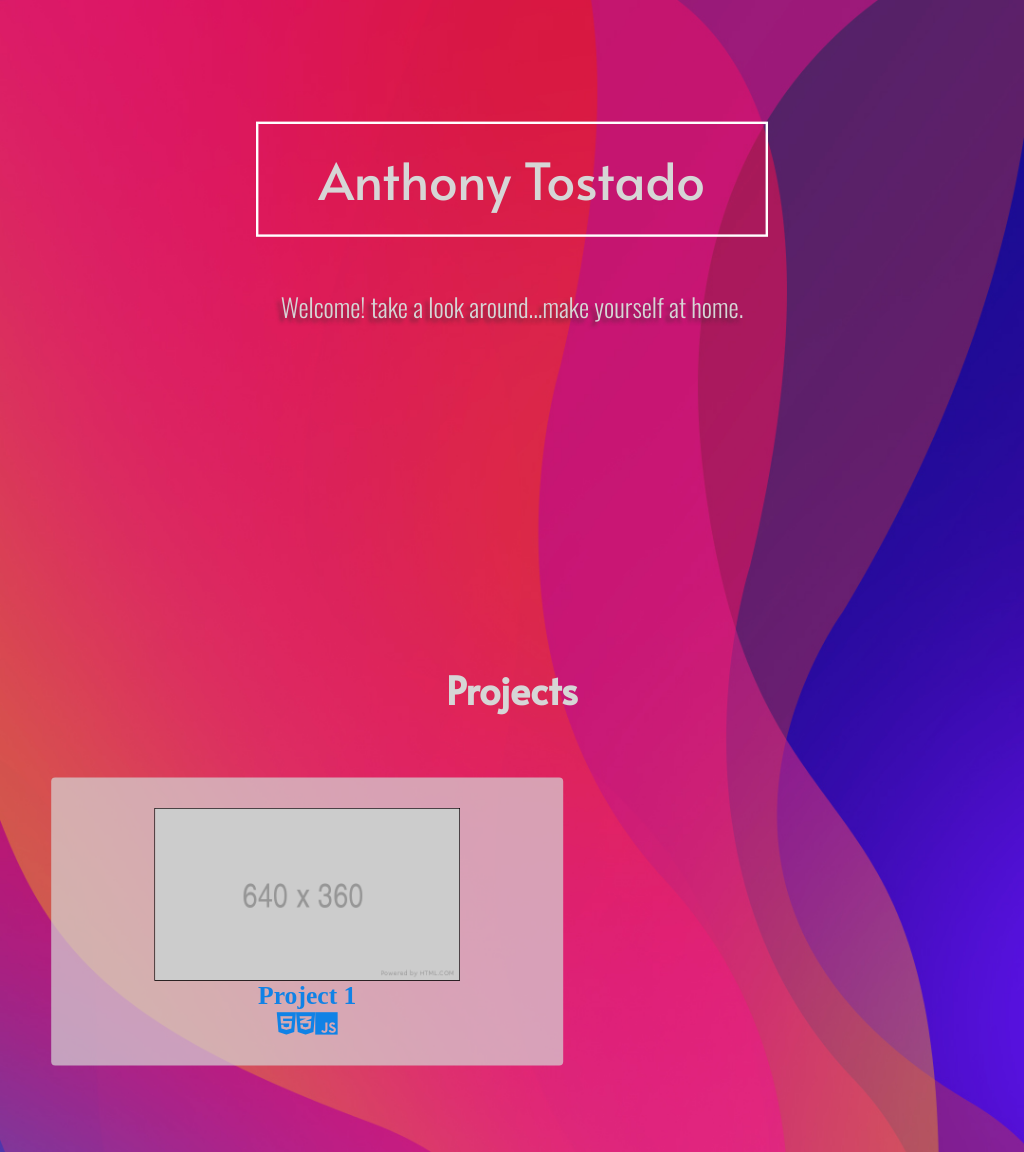
Repository: sloppytony/newport
Page: / (app in portfolio/)
An editor plug-in stored every save of this project. The page is shown before and after the next save, followed by the edit.
The browser window is 1280 px wide. The pictures show the whole page, at 80% of full size.
Backgrounds fixed to the window are drawn as part of the page. Some web libraries are served in a nearby version. The project was rebuilt for these pictures with package versions that can differ from the ones it lists, and the page was loaded fresh each time.

Above is the page before, as saved 2020-08-23 13:59:04.

### portfolio/public/index.html
<!DOCTYPE html>
<html lang="en">
  <head>
    <meta charset="utf-8" />
    <link rel="icon" href="%PUBLIC_URL%/favicon.ico" />
    <meta name="viewport" content="width=device-width, initial-scale=1" />
    <meta name="theme-color" content="#000000" />
    <meta
      name="description"
      content="Web site created using create-react-app"
    />
    <link rel="apple-touch-icon" href="%PUBLIC_URL%/logo192.png" />
    <!--
      manifest.json provides metadata used when your web app is installed on a
      user's mobile device or desktop. See https://developers.google.com/web/fundamentals/web-app-manifest/
    -->
    <link rel="manifest" href="%PUBLIC_URL%/manifest.json" />
    <!--
      Notice the use of %PUBLIC_URL% in the tags above.
      It will be replaced with the URL of the `public` folder during the build.
      Only files inside the `public` folder can be referenced from the HTML.

      Unlike "/favicon.ico" or "favicon.ico", "%PUBLIC_URL%/favicon.ico" will
      work correctly both with client-side routing and a non-root public URL.
      Learn how to configure a non-root public URL by running `npm run build`.
    -->
    <link
      href="https://fonts.googleapis.com/css2?family=Alata&family=Oswald:wght@300&display=swap"
      rel="stylesheet"
    />
    <script
      src="https://kit.fontawesome.com/9a01f23326.js"
      crossorigin="anonymous"
    ></script>
    <title>React App</title>
  </head>
  <body>
    <noscript>You need to enable JavaScript to run this app.</noscript>
    <div id="root"></div>
    <!--
      This HTML file is a template.
      If you open it directly in the browser, you will see an empty page.

      You can add webfonts, meta tags, or analytics to this file.
      The build step will place the bundled scripts into the <body> tag.

      To begin the development, run `npm start` or `yarn start`.
      To create a production bundle, use `npm run build` or `yarn build`.
    -->
  </body>
</html>

### portfolio/src/index.css
* {
  margin: 0;
  padding: 0;
  box-sizing: border-box;
}

body {
  background-image: url("./img/8_28_orig.png");
  background-size: cover;
  background-attachment: fixed;
}

### portfolio/src/App.js
import React from "react";

import "./App.css";

function App() {
  return (
    <body>
      <div className="everything">
        <div className="section1">
          <h1 className="mainTitle">Anthony Tostado</h1>
          <p className="mainPara">
            Welcome! take a look around...make yourself at home.
          </p>
          <h2 className="scroll">Scroll</h2>
        </div>
        <div className="section2">
          <h1 className="projectTitle">Projects</h1>
          <div className="projectContent">
            <div className="card1">
              <img
                className="cardImage"
                src={require("../src/img/640x360.png")}
              ></img>
              <h1 className="cardTitle">Project 1</h1>
              <section className="icons">
                <i class="fab fa-html5 fa-2x"></i>
                <i class="fab fa-css3-alt fa-2x"></i>
                <i class="fab fa-js fa-2x"></i>
              </section>
            </div>
          </div>
        </div>
      </div>
    </body>
  );
}

export default App;

### portfolio/src/App.css
.image {
  width: 100%;
  height: 100%;
}

/*opening page*/
.section1 {
  height: 100vh;
  width: 100%;

  color: rgb(16, 130, 230);
  display: flex;
  justify-content: center;
  align-items: center;
  flex-direction: column;
}

.mainTitle {
  font-family: "Alata", sans-serif;
  font-weight: 100;
  font-size: 400%;
  display: flex;
  justify-content: center;
  align-items: center;
  text-align: center;
  color: rgb(214, 214, 214);

  animation: fadeIn 1.5s;
  border: 3px solid white;
  width: 50%;
  height: 20%;
}

.mainPara {
  font-family: "Oswald", sans-serif;
  font-size: 200%;
  display: flex;
  align-items: center;
  text-align: center;
  color: rgb(214, 214, 214);
  padding: 5%;
  text-shadow: -5px 5px 5px rgba(44, 44, 44, 0.5);
  animation: fadeIn 1.5s;
}

.scroll {
  font-family: "Oswald", sans-serif;
  font-size: 300%;
  padding-bottom: 2%;
  animation: pulse 2.5s infinite;
  color: rgb(214, 214, 214);
}
.everything {
  height: 200%;
}

/*projects*/
.section2 {
  height: 100vh;
  width: 100%;

  color: rgb(16, 130, 230);
  display: flex;
  justify-content: center;
  align-items: center;
  flex-direction: column;
}

div.projectContent {
  width: 100%;
}

h1.projectTitle {
  height: 20vh;
  width: 100%;
  display: flex;
  justify-content: center;
  font-size: 300%;
  font-family: "Alata", sans-serif;
  color: rgb(214, 214, 214);
}

div.card1 {
  height: 50vh;
  width: 50%;
  display: flex;
  justify-content: center;
  align-items: center;
  flex-direction: column;
  background: rgb(214, 214, 214, 0.7);
  border-radius: 5px 5px 5px;
  margin-left: 5%;
}

.cardImage {
  height: 30vh;
  width: auto;
  border: 1px solid black;
}

@keyframes fadeIn {
  from {
    opacity: 0;
  }
  to {
    opacity: 1;
  }
}

@keyframes pulse {
  0% {
    opacity: 0;
  }

  50% {
    opacity: 1;
  }
  100% {
    opacity: 0;
  }
}

Loaded but not shown: portfolio/src/index.js (common file); portfolio/src/serviceWorker.js (common file)

After the next save:
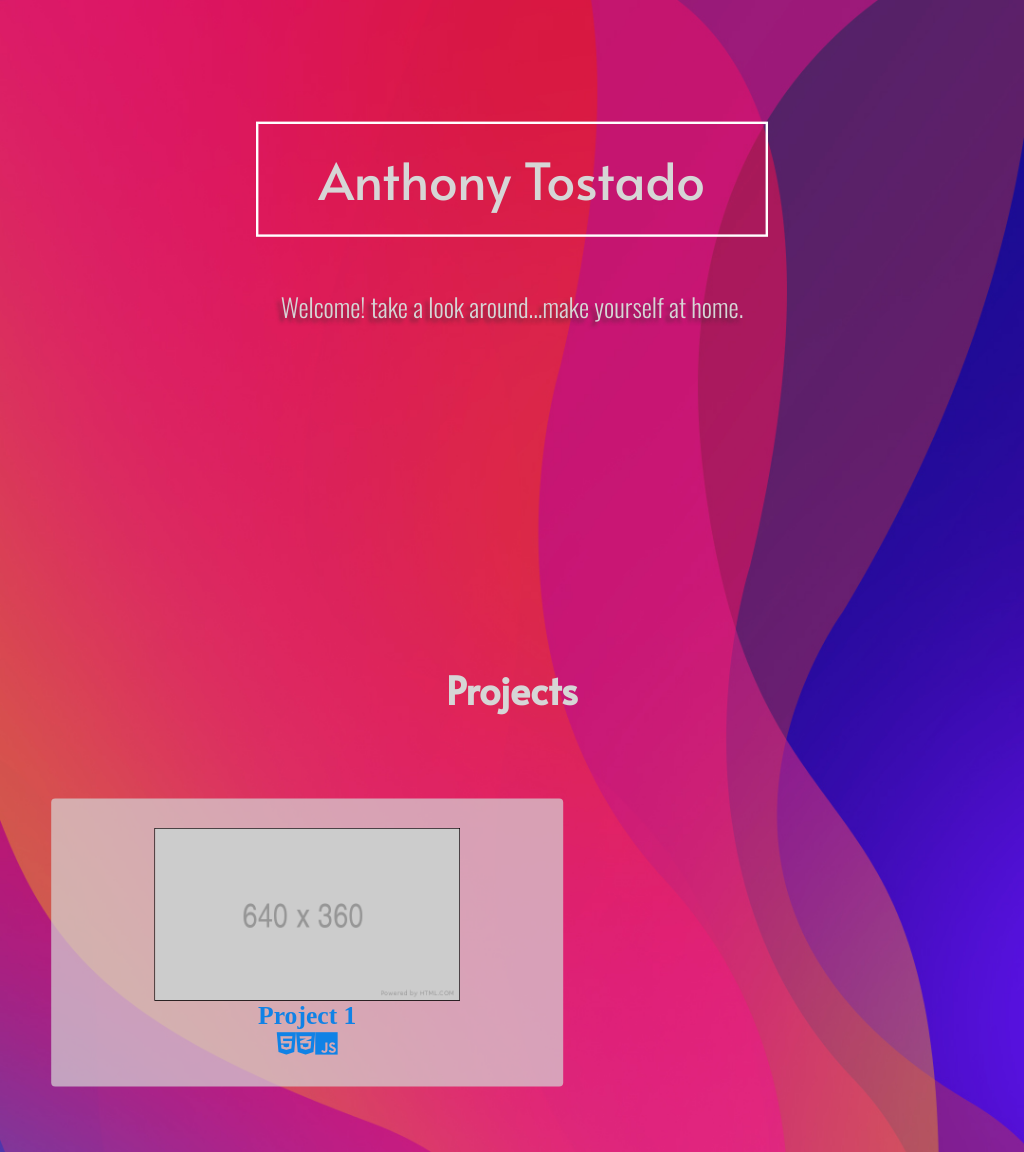
Saved 21 s later.
--- a/portfolio/src/App.css
+++ b/portfolio/src/App.css
@@ -78,6 +78,7 @@
   font-size: 300%;
   font-family: "Alata", sans-serif;
   color: rgb(214, 214, 214);
+  margin: 2%;
 }
 
 div.card1 {

After the save that followed:
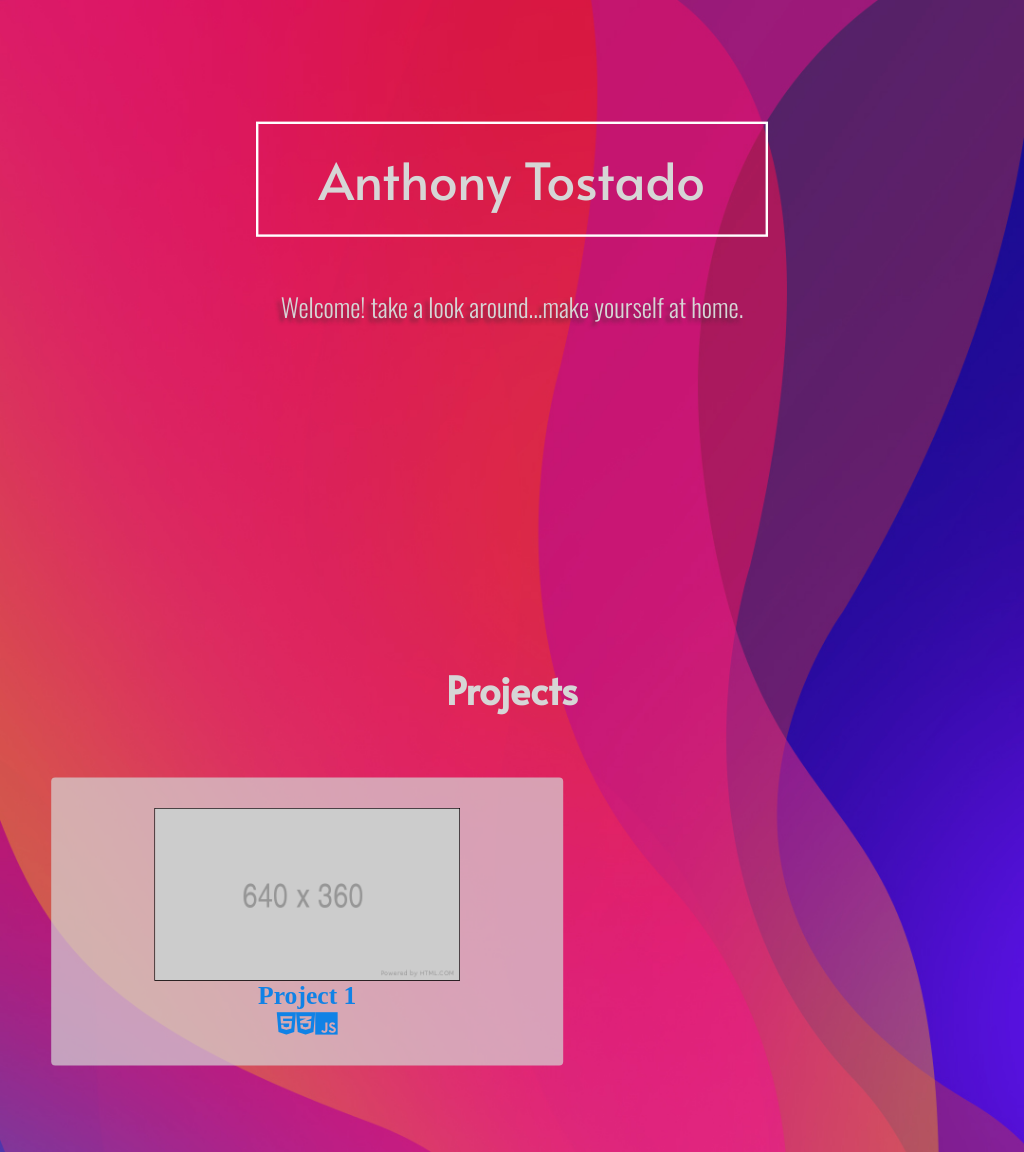
Saved 12 s later.
--- a/portfolio/src/App.css
+++ b/portfolio/src/App.css
@@ -78,7 +78,6 @@
   font-size: 300%;
   font-family: "Alata", sans-serif;
   color: rgb(214, 214, 214);
-  margin: 2%;
 }
 
 div.card1 {
